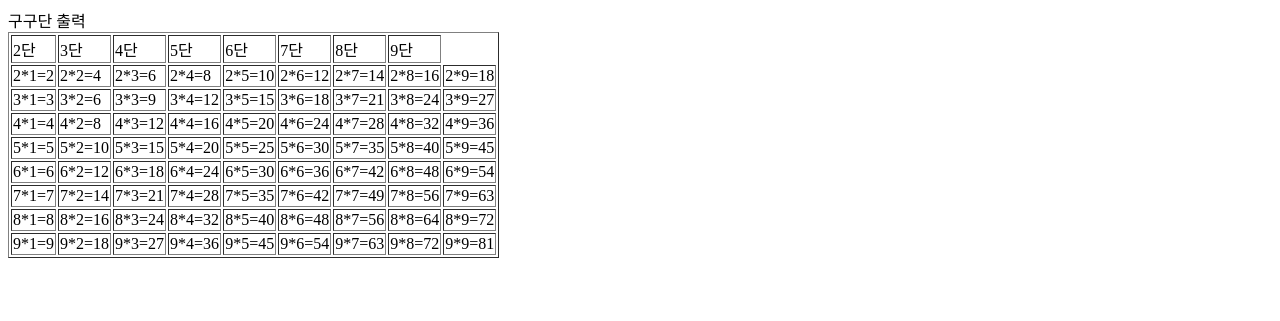
Repository: parkmyounghoi/20201113
Page: http://localhost/20201109/ex0501.jsp
An editor plug-in stored every save of this project. The page is shown before and after a run of saves, followed by the edit.
The browser window is 1280 px wide. The pictures show the whole page.
The page is served by Tomcat 9.

Above is the page before, as saved 2020-11-09 02:25:44.

### 20201109/WebContent/ex0501.jsp
<%@ page language="java" contentType="text/html; charset=UTF-8"
    pageEncoding="UTF-8"%>
<!DOCTYPE html>
<html>
<head>
<meta charset="UTF-8">
<title>Insert title here</title>
</head>
<body>
구구단 출력
<table border="1">
	<tr>
		<td>2단</td><td>3단</td><td>4단</td><td>5단</td>
		<td>6단</td><td>7단</td><td>8단</td><td>9단</td>
	</tr>
<%
	for(int i = 2; i<10; i++){
		out.println("<tr>");
		for(int j = 1; j<10; j++){
			out.println("<td>"+i+"*"+j+"="+(j*i)+"</td>");
		}
		out.println("</tr>");
	}
%>
</table>
</body>
</html>

After the next 2 saves:
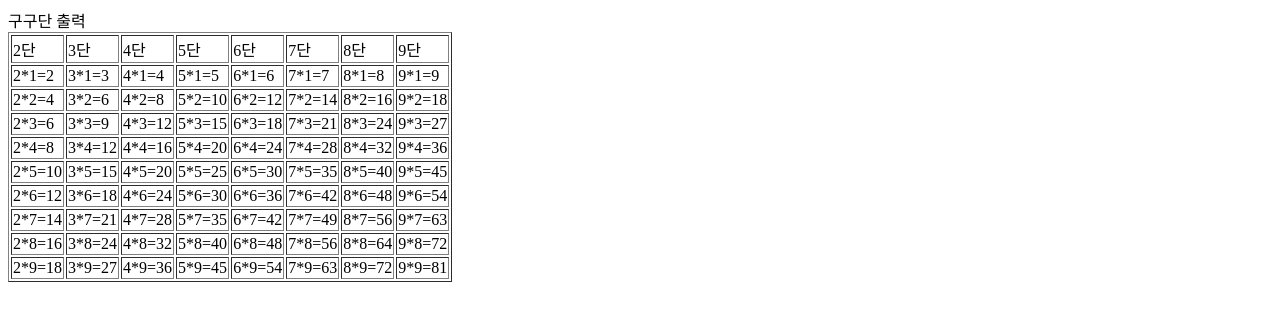
The 2 saves are shown as one change because they came seconds apart.
The last was saved 38 s later.
--- a/20201109/WebContent/ex0501.jsp
+++ b/20201109/WebContent/ex0501.jsp
@@ -14,9 +14,9 @@
 		<td>6단</td><td>7단</td><td>8단</td><td>9단</td>
 	</tr>
 <%
-	for(int i = 2; i<10; i++){
+	for(int j = 1; j<10; j++){
 		out.println("<tr>");
-		for(int j = 1; j<10; j++){
+		for(int i = 2; i<10; i++){
 			out.println("<td>"+i+"*"+j+"="+(j*i)+"</td>");
 		}
 		out.println("</tr>");
